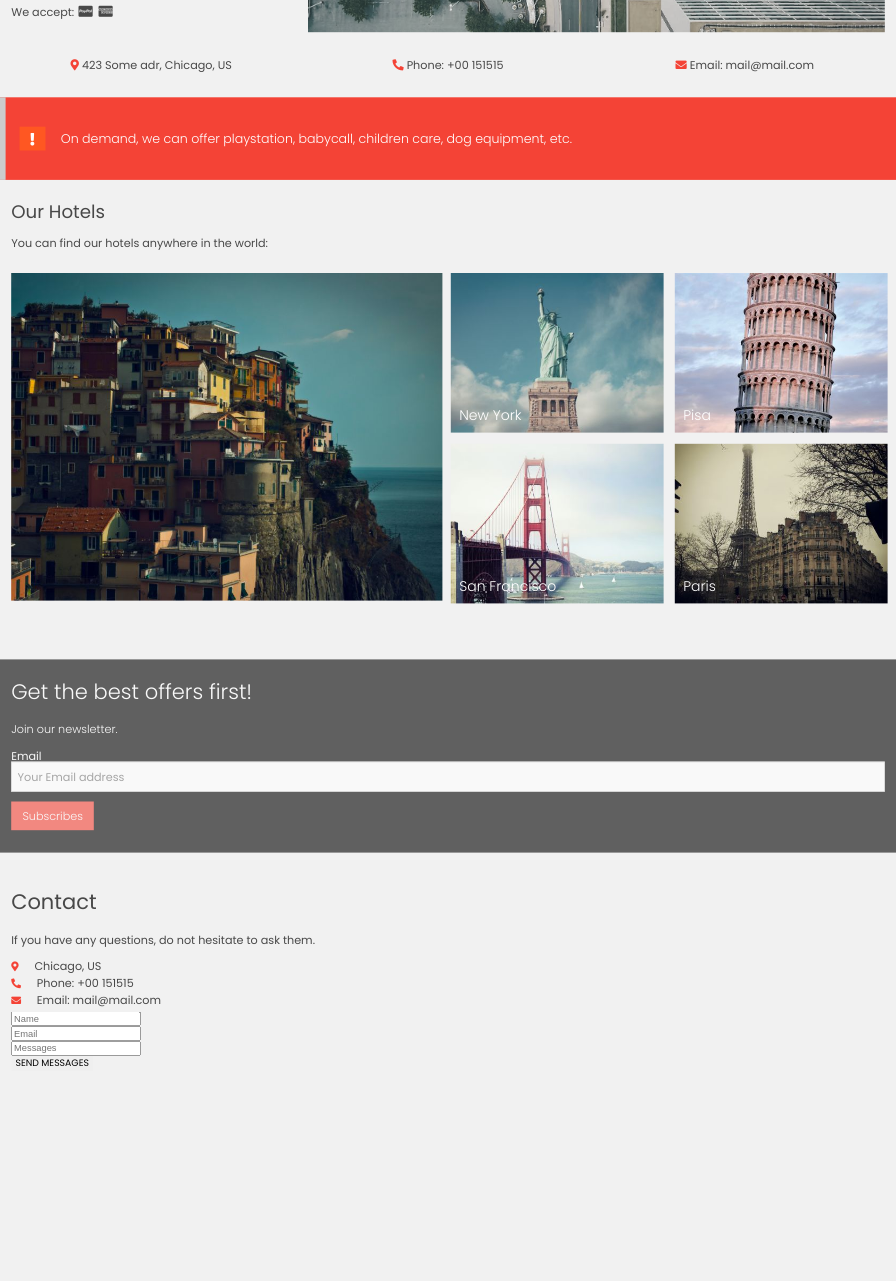
Repository: phamhuuloc/Travel_Template
Page: index.html
These files come from the project's save history. The page is drawn as it stood at one moment and after the next save; the edit follows.
The browser window is 1280 px wide. The pictures show the part of the page from y = 1970 to 3890 px (the page is 3800 px tall before and 3890 px after), at 70% of full size.
The style sheet was rebuilt from its Sass, Less or Tailwind sources for each picture, by a compiler version that may differ from the author's.

Above is the page before, as saved 2021-09-18 19:55:25.

### index.html
<!DOCTYPE html>
<html lang="en">
  <head>
    <meta charset="UTF-8" />
    <meta http-equiv="X-UA-Compatible" content="IE=edge" />
    <meta name="viewport" content="width=device-width, initial-scale=1.0" />
    <title>Document</title>
    <!-- FONT AWESOME -->
    <link
      rel="stylesheet"
      href="https://cdnjs.cloudflare.com/ajax/libs/font-awesome/5.15.4/css/all.min.css"
      integrity="sha512-1ycn6IcaQQ40/MKBW2W4Rhis/DbILU74C1vSrLJxCq57o941Ym01SwNsOMqvEBFlcgUa6xLiPY/NS5R+E6ztJQ=="
      crossorigin="anonymous"
      referrerpolicy="no-referrer"
    />
    <!-- GOOGLE FONT -->
    <link
      href="https://fonts.googleapis.com/css2?family=Poppins:wght@50;300;400&display=swap"
      rel="stylesheet"
    />
    <!-- CSS -->
    <link rel="stylesheet" href="./assets/resets.css" />
    <link rel="stylesheet" href="./assets/grid.css" />
    <link rel="stylesheet" href="./assets/main.css" />
  </head>
  <body>
    <div class="grids">
      <header class="header">
        <div class="logo">
          <i class="fas fa-bed logo__icon"></i>
          Logo
        </div>
        <div class="header__menu">
          <ul class="header__menu-list">
            <li class="header__menu-item">Rooms</li>
            <li class="header__menu-item">About</li>
            <li class="header__menu-item">Contact</li>
          </ul>
          <button class="btn book-btn">Book Nows</button>
        </div>
      </header>
      <section class="intro">
        <img src="./assets/img/hotel.jpg" alt="" class="intro__img" />
        <form class="form-login">
          <div class="form-login__heading">
            <i class="fas fa-bed logo__icon intro-icon"></i>
            <h2 class="form-login__name">Hotel name</h2>
          </div>
          <div class="form-container">
            <div class="row">
              <div class="form__item col l-6">
                <label class="form__item-category">
                  <i class="far fa-calendar form__item-icon"></i>
                  Check Ins
                </label>
                <input
                  type="text"
                  class="form__item-input"
                  placeholder="DD MM YY"
                />
              </div>
              <div class="form__item col l-6">
                <label class="form__item-category">
                  <i class="far fa-calendar form__item-icon"></i>
                  Check Out
                </label>
                <input
                  type="text"
                  class="form__item-input"
                  placeholder="DD MM YY"
                />
              </div>
            </div>
            <div class="row">
              <div class="form__item col l-6">
                <label class="form__item-category">
                  <i class="fas fa-male form__item-icon"></i>
                  Adults
                </label>
                <input
                  type="number"
                  value="1"
                  min="1"
                  max="6"
                  class="form__item-input"
                />
              </div>
              <div class="form__item col l-6">
                <label class="form__item-category">
                  <i class="fas fa-child form__item-icon"></i>
                  Kids
                </label>
                <input
                  type="number"
                  value="0"
                  min="0"
                  max="6"
                  class="form__item-input"
                />
              </div>
            </div>
            <button class="search-btn">
              <i class="fas fa-search search-icon"></i>Search availability
            </button>
          </div>
        </form>
      </section>

      <section class="option-room">
        <div class="option-container">
          <h3 class="option-container__title">Rooms</h3>
          <span class="option-container__desc"
            >Make yourself at home is our slogan. We offer the best beds in the
            industry. Sleep well and rest well.</span
          >
          <!-- FORM LOGIN  -->
          <div class="form-container option-container__form">
            <div class="row">
              <div class="form__item col l-3">
                <label class="form__item-category">
                  <i class="far fa-calendar form__item-icon"></i>
                  Check Ins
                </label>
                <input
                  type="text"
                  class="form__item-input"
                  placeholder="DD MM YY"
                />
              </div>
              <div class="form__item col l-3">
                <label class="form__item-category">
                  <i class="far fa-calendar form__item-icon"></i>
                  Check Out
                </label>
                <input
                  type="text"
                  class="form__item-input"
                  placeholder="DD MM YY"
                />
              </div>
              <div class="form__item col l-2">
                <label class="form__item-category">
                  <i class="fas fa-male form__item-icon"></i>
                  Adults
                </label>
                <input
                  type="number"
                  value="1"
                  min="1"
                  max="6"
                  class="form__item-input"
                />
              </div>
              <div class="form__item col l-2">
                <label class="form__item-category">
                  <i class="fas fa-child form__item-icon"></i>
                  Kids
                </label>
                <input
                  type="number"
                  value="0"
                  min="0"
                  max="6"
                  class="form__item-input"
                />
              </div>
              <!-- BUTTON F0RM LOGIN -->
              <div class="form__item col l-2">
                <label class="form__item-category">
                  <i class="fas fa-search"></i> Search</label
                >
                <button class="search-btn search-btn--full">Search</button>
              </div>
            </div>
          </div>
          <div class="category-room">
            <ul class="category-room__list row">
              <li class="category-room__item col l-4">
                <img
                  src="./assets/img/room_single.jpg"
                  alt=""
                  class="category-room__img"
                />
                <div class="category-room__details">
                  <h3 class="category-room__title">Single Room</h3>
                  <span class="category-room__price">From $99</span>
                  <span class="category-room__charac">Single bed</span>
                  <span class="category-room__area">15m<sup>2</sup></span>
                  <span class="category-room__function">
                    <i class="fas fa-phone-alt"></i>
                    <i class="fas fa-wifi"></i>
                    <i class="fas fa-tv"></i>
                    <i class="fas fa-bath"></i>
                  </span>
                  <button class="btn btn-choose">Choose Room</button>
                </div>
              </li>
              <li class="category-room__item col l-4">
                <img
                  src="./assets/img/room_double.jpg"
                  alt=""
                  class="category-room__img"
                />
                <div class="category-room__details">
                  <h3 class="category-room__title">Double Room</h3>
                  <span class="category-room__price">From $99</span>
                  <span class="category-room__charac">Single bed</span>
                  <span class="category-room__area">25m<sup>2</sup></span>
                  <span class="category-room__function">
                    <i class="fas fa-phone-alt"></i>
                    <i class="fas fa-wifi"></i>
                    <i class="fas fa-tv"></i>
                    <i class="fas fa-bath"></i>
                  </span>
                  <button class="btn btn-choose">Choose Room</button>
                </div>
              </li>
              <li class="category-room__item col l-4">
                <img
                  src="./assets/img/room_deluxe.jpg"
                  alt=""
                  class="category-room__img"
                />
                <div class="category-room__details">
                  <h3 class="category-room__title">Deluxe Room</h3>
                  <span class="category-room__price">From $99</span>
                  <span class="category-room__charac">Single bed</span>
                  <span class="category-room__area">40m<sup>2</sup></span>
                  <span class="category-room__function">
                    <i class="fas fa-phone-alt"></i>
                    <i class="fas fa-wifi"></i>
                    <i class="fas fa-tv"></i>
                    <i class="fas fa-bath"></i>
                  </span>
                  <button class="btn btn-choose">Choose Room</button>
                </div>
              </li>
            </ul>
          </div>
        </div>
      </section>
      <section class="local">
        <div class="row">
          <div class="local__container col l-4">
            <h4 class="local__title">About</h4>
            <p class="local__detail">
              Our hotel is one of a kind. It is truely amazing. Lorem ipsum
              dolor sit amet, consectetur adipiscing elit, sed do eiusmod tempor
              incididunt ut labore et dolore magna aliqua. Ut enim ad minim
              veniam, quis nostrud exercitation ullamco laboris nisi ut aliquip
              ex ea commodo consequat. Duis aute irure dolor in reprehenderit in
              voluptate velit esse cillum dolore eu fugiat nulla pariatur.
              Excepteur sint occaecat cupidatat non proident, sunt in culpa qui
              officia deserunt mollit anim id est laborum consectetur adipiscing
              elit, sed do eiusmod tempor incididunt ut labore et dolore magna
              aliqua. Ut enim ad minim veniam.
            </p>
            <p class="local__payment-methods">
              We accept:
              <i class="fab fa-cc-paypal local__payment-icon"></i>
              <i class="fab fa-cc-amex local__payment-icon"></i>
            </p>
          </div>
          <img src="./assets/img/map.jpg" alt="" class="col l-8 local__img" />
        </div>
        <div class="local__contact row">
          <div class="local__contact-item col l-4">
            <i class="fas fa-map-marker-alt local__contact-icon"></i>
            423 Some adr, Chicago, US
          </div>
          <div class="local__contact-item col l-4">
            <i class="fas fa-phone-alt local__contact-icon"></i>
            Phone: +00 151515
          </div>
          <div class="local__contact-item col l-4">
            <i class="fas fa-envelope local__contact-icon"></i>
            Email: mail@mail.com
          </div>
        </div>
      </section>
      <div class="demand">
        <i class="fas fa-exclamation demand__icon"></i>
        <p class="demand__desc">
          On demand, we can offer playstation, babycall, children care, dog
          equipment, etc.
        </p>
      </div>
      <section class="our-hotels">
        <h3 class="our-hotels__title">Our Hotels</h3>
        <p class="our-hotels__desc">
          You can find our hotels anywhere in the world:
        </p>
        <div class="row sm-gutter">
          <div class="col l-6">
            <img
              src="./assets/img/cinqueterre.jpg"
              alt=""
              class="our-hotel__img"
            />
          </div>
          <div class="col l-6">
            <div class="our-hotel__extend">
              <div class="row our-hotels__extend-item">
                <div class="our-hotels__container col l-6">
                  <img src="./assets/img/newyork2.jpg" alt="" class="" />
                  <span class="our-hotels__container-name">New York</span>
                </div>
                <div class="our-hotels__container col l-6">
                  <img src="./assets/img/pisa.jpg" alt="" class="" />
                  <span class="our-hotels__container-name">Pisa</span>
                </div>
              </div>
              <div class="row our-hotels__extend-item">
                <div class="our-hotels__container col l-6">
                  <img src="./assets/img/sanfran.jpg" alt="" class="" />
                  <span class="our-hotels__container-name">San Francisco</span>
                </div>
                <div class="our-hotels__container col l-6">
                  <img src="./assets/img/paris.jpg" alt="" class="" />
                  <span class="our-hotels__container-name">Paris</span>
                </div>
              </div>
            </div>
          </div>
        </div>
      </section>
      <section class="offers">
        <h3 class="offers__title">Get the best offers first!</h3>
        <p class="offers__desc">Join our newsletter.</p>
        <label for="" class="offers__email">Email</label>
        <input
          type="text"
          class="offers__input"
          placeholder="Your Email address"
        />
        <button type="button" class="btn btn-subs">Subscribes</button>
      </section>
      <section class="contact">
        <h3 class="contact__title">Contact</h3>
        <p class="contact__desc">
          If you have any questions, do not hesitate to ask them.
        </p>
        <i class="fas fa-map-marker-alt contact__icon"></i>
        <span class="contact__content"> Chicago, US</span>
        <br />
        <i class="fas fa-phone-alt contact__icon"></i>
        <span class="contact__content"> Phone: +00 151515</span>
        <br />
        <i class="fas fa-envelope contact__icon"></i>
        <span class="contact__content"> Email: mail@mail.com</span>
        <form action="" class="contact-form">
          <p>
            <input type="text" class="contact__form-input" placeholder="Name" />
          </p>
          <p>
            <input
              type="text"
              class="contact__form-input"
              placeholder="Email"
            />
          </p>
          <p>
            <input
              type="text"
              class="contact__form-input"
              placeholder="Messages"
            />
          </p>
          <button class="btn send-btn">SEND MESSAGES</button>
        </form>
      </section>
    </div>
  </body>
</html>

### assets/main.scss
$primary-color: #f44336;
$secondary-color: #0000;
$text-color: #484848;
$hover-color: #ccc;

@mixin flex($align: center, $justify: space-between) {
  display: flex;
  align-items: $align;
  justify-content: $justify;
}
* {
  box-sizing: border-box;
}
html {
  font-size: 62.5%;
}
body {
  background-color: #f1f1f1;
  font-family: "Poppins", sans-serif;
  margin-bottom: 30rem;
}
ul {
  list-style: none;
}
img {
  display: block;
  width: 100%;
}
a {
  text-decoration: none;
}
sup {
  font-size: 75%;
  position: relative;
  line-height: 0;
  top: -0.5em;
  vertical-align: baseline;
}
.btn {
  display: inline-block;
  font-family: "Poppins", sans-serif;
  @include flex(center, center);
  height: inherit;
  outline: none;
  cursor: pointer;
  border: 0;
}
.btn:hover {
  background-color: $hover-color;
  color: #000;
}

//HEADER
.header {
  display: flex;
  align-items: center;
  height: 4.4rem;
  background-color: white;
  font-size: 2rem;

  .logo {
    background-color: $primary-color;
    height: 100%;
    cursor: pointer;
    color: white;
    @include flex();
    padding: 1.4rem 1.8rem;

    &__icon {
      margin-right: 2rem;
    }
  }
  .logo:hover {
    background-color: $hover-color;
    color: $text-color;
  }
  &__menu {
    display: flex;
    @include flex();
    height: 100%;
    width: 100%;
    &-list {
      @include flex();
      height: 100%;
    }
    &-item {
      @include flex();
      padding: 0 2rem;
      height: 100%;
      cursor: pointer;
      color: $text-color;
      &:hover {
        background-color: #ccc;
      }
    }
  }
  .book-btn {
    background-color: #f1f1f1;
    padding: 1.4rem 1.6rem;
    color: $text-color;
    font-size: 2rem;
  }
  .book-btn:hover {
    background-color: #ccc;
    cursor: pointer;
  }
}
// SECTION INTRO
.intro {
  position: relative;
  margin-bottom: 3.8rem;
  &-icon {
    padding: 0 1.8rem;
  }
  .form-login {
    width: 64.4rem;
    position: absolute;
    top: 50%;
    left: 2rem;
    background-color: #fff;
    transform: translateY(-50%);

    &__heading {
      display: flex;
      align-items: center;

      width: 100%;
      height: 6.4rem;
      background-color: $primary-color;
      color: white;
      font-size: 3rem;
    }
  }
}
.form-container {
  padding: 1.6rem;
  .search-btn {
    font-family: "Poppins", sans-serif;
    padding: 1rem 1.6rem;
    margin-top: 8px;
    border: 0;

    outline: none;
    cursor: pointer;

    background-color: #616161;
    font-size: 1.5rem;
    color: white;
  }
  .search-btn--full {
    width: 100%;
    margin: 0;
    background-color: #000;
    color: white;
    padding: 6px 0;
  }
  .search-btn:hover {
    background-color: #ccc;
    color: $text-color;
  }
  .search-icon {
    padding-right: 2rem;
  }
}
.form__item {
  display: flex;
  flex-direction: column;
  margin-bottom: 1.6rem;
  &-category {
    font-size: 1.6rem;
    margin-bottom: 4px;
    color: $text-color;
  }
  &-input {
    padding: 1rem;
    border: 1px solid #dedede;
  }
}
.option-container {
  padding: 1.6rem;
  margin-bottom: 2rem;
  &__title {
    font-size: 2.2rem;
    margin-bottom: 3rem;
    color: $text-color;
  }
  &__desc {
    display: block;
    font-size: 1.6rem;
    margin-bottom: 2rem;
    color: $text-color;
  }
  &__form {
    padding: 1.6rem 0;
  }
}
.category-room {
  &__details {
    padding: 1.8rem;
    display: flex;
    flex-direction: column;
    background-color: white;
  }
  &__title {
    font-size: 2.6rem;
    margin-bottom: 2rem;
    color: #484848;
  }
  &__price {
    font-size: 1.6rem;
    color: #999;
    margin-bottom: 2rem;
  }
  &__charac {
    font-size: 1.4rem;
    margin-bottom: 2rem;
  }
  &__area {
    font-size: 1.6rem;
    margin-bottom: 2.8rem;
  }
  &__function {
    font-size: 1.4rem;
    margin-bottom: 2rem;
  }
  .btn-choose {
    padding: 1.2rem 0;
    background-color: #000;
    color: white;
    font-size: 1.4rem;
  }
  .btn-choose:hover {
    background-color: $hover-color;
    color: $text-color;
  }
}
.local {
  padding: 0 1.6rem;
  &__title {
    font-size: 2.6rem;
    margin-top: 2.2rem;
    margin-bottom: 2rem;
    color: $text-color;
  }
  &__detail {
    font-size: 1.6rem;
    line-height: 1.6;
    margin-bottom: 2.4rem;
    color: $text-color;
  }
  &__payment-methods {
    font-size: 1.6rem;
    color: $text-color;
  }
  &__payment-icon {
    font-size: 1.8rem;
    margin: 0 2px;
  }
  &__img {
    filter: grayscale(75%);
  }
  &__contact {
    padding: 3.8rem 0;
    &-icon {
      color: $primary-color;
      font-size: 1.6rem;
    }
    &-item {
      text-align: center;
      font-size: 1.6rem;
      color: $text-color;
    }
  }
}
.demand {
  padding: 4.2rem 0 4.2rem 2rem;
  background-color: $primary-color;
  border-left: 8px solid #ccc;
  @include flex(center, none);
  margin-bottom: 3.2rem;
  &__icon {
    color: white;
    font-size: 1.8rem;
    padding: 8px 15px;
    background-color: #ff5722;
    margin-right: 2.2rem;
  }
  &__desc {
    font-size: 1.8rem;
    color: white;
    font-weight: 350;
  }
}
.our-hotels {
  padding: 0 1.6rem;
  margin-bottom: 6.4rem;
  &__title {
    font-size: 2.6rem;
    color: $text-color;
    margin-bottom: 2.5rem;
  }
  &__desc {
    display: block;
    margin-bottom: 3.4rem;
    color: $text-color;
    font-size: 1.6rem;
  }
  &__extend {
    &-item {
      margin-bottom: 16px;
    }
  }
  &__container {
    position: relative;
    &-name {
      position: absolute;
      left: 0;
      bottom: 0;

      padding: 1.5rem 2rem;
      font-size: 2rem;
      font-weight: 350;
      color: white;
    }
  }
}
.offers {
  background-color: #000;
  padding: 3.2rem 1.6rem;
  opacity: 0.6;
  &:hover {
    opacity: 1;
  }
  &__title {
    color: white;
    font-size: 3rem;
    font-weight: 350;
    margin-bottom: 3rem;
  }
  &__desc {
    color: white;
    font-size: 1.6rem;
    font-weight: 350;
    margin-bottom: 2.2rem;
  }
  &__email {
    color: white;
    font-size: 1.6rem;
  }
  &__input {
    font-family: "Poppins", sans-serif;
    border: 1px solid #ccc;
    display: block;
    width: 100%;
    padding: 8px;
    font-size: 1.6rem;
    margin-bottom: 1.4rem;
  }
  .btn-subs {
    background-color: $primary-color;
    padding: 0.8rem 1.6rem;
    color: white;
    font-size: 1.6rem;
    font-weight: 350;
  }
  .btn-subs:hover {
    background-color: $hover-color;
    color: $text-color;
  }
}
.contact {
  margin-top: 5.5rem;
  padding: 0 1.6rem;
  &__title {
    font-size: 3rem;
    color: $text-color;
    margin-bottom: 3.2rem;
  }
  &__desc {
    font-size: 1.6rem;
    color: $text-color;
    margin-bottom: 2.2rem;
  }
  &__icon {
    color: $primary-color;
    font-size: 1.4rem;
    margin-right: 2rem;
    margin-bottom: 9px;
  }
  &__content {
    font-size: 1.6rem;
    color: $text-color;
  }
}

Loaded but not shown: assets/resets.css (common file); assets/grid.css (430 lines, source omitted)

After the next save:
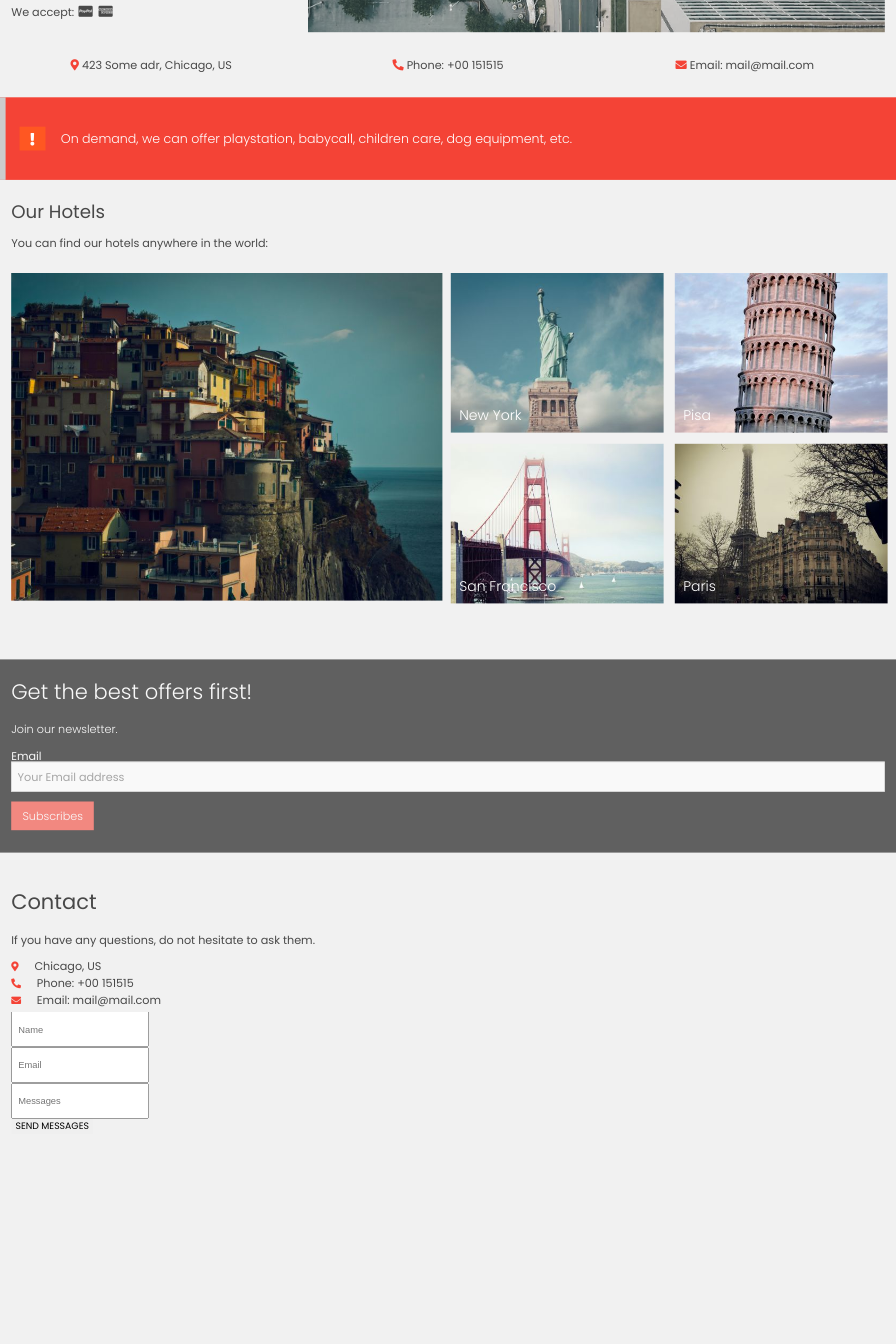
Saved 63 s later.
--- a/assets/main.scss
+++ b/assets/main.scss
@@ -391,4 +391,9 @@ sup {
     font-size: 1.6rem;
     color: $text-color;
   }
-}
+  &__form {
+    &-input {
+      padding: 1.6rem 0.8rem;
+    }
+  }
+}
